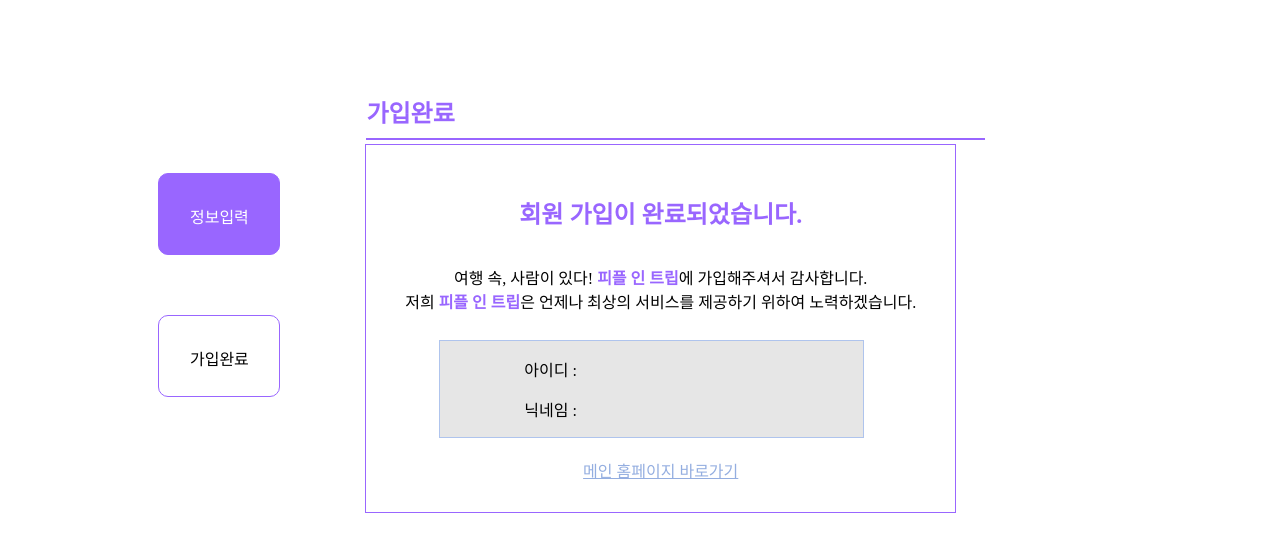
Repository: kimjinmin4535/ezen_loginteam
Page: http://localhost/Ezen_Project/signup/signupcomplete.jsp
The author's editor kept a copy of each file at every save. The page is drawn from the files as they stood at one save, then again after the next save.
The browser window is 1280 px wide. The pictures show the whole page.
The page is served by Tomcat 9.

Above is the page before, as saved 2022-07-05 15:53:57.

After the next save:
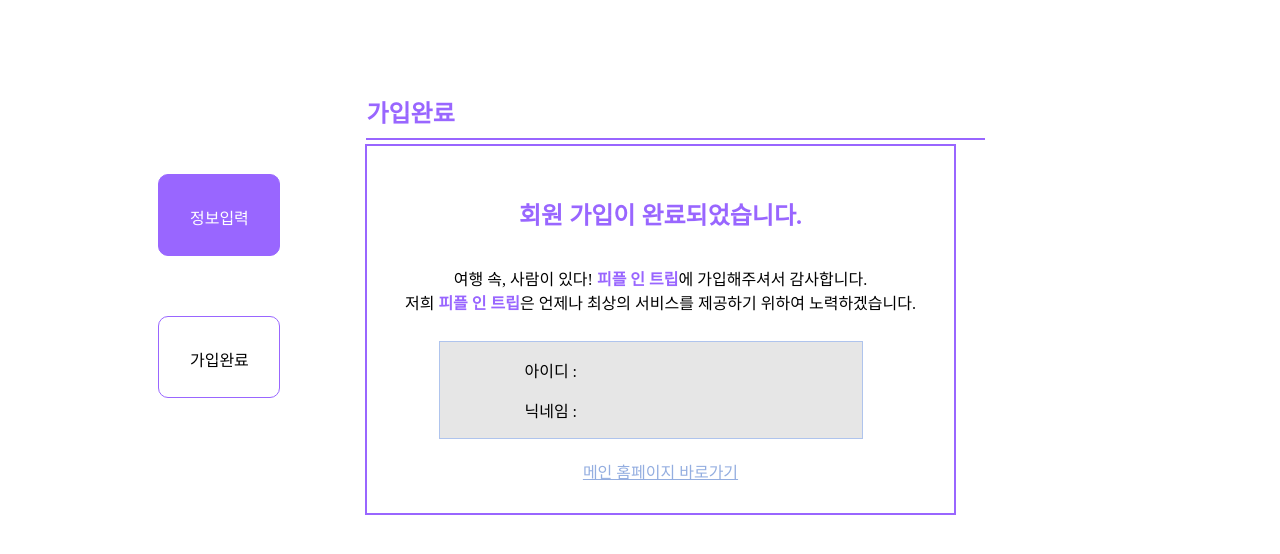
Saved 18 s later.
--- a/Ezen_Project/src/main/webapp/resources/css/signup/signup.css
+++ b/Ezen_Project/src/main/webapp/resources/css/signup/signup.css
@@ -10,7 +10,7 @@
 	flex: 3.5;
 	padding: 30px;
 	text-align: center;
-	border: 1px solid #9966ff;
+	border: 2px solid #9966ff;
 	margin-right: 25%;
 	margin-top: 7%;
 }
